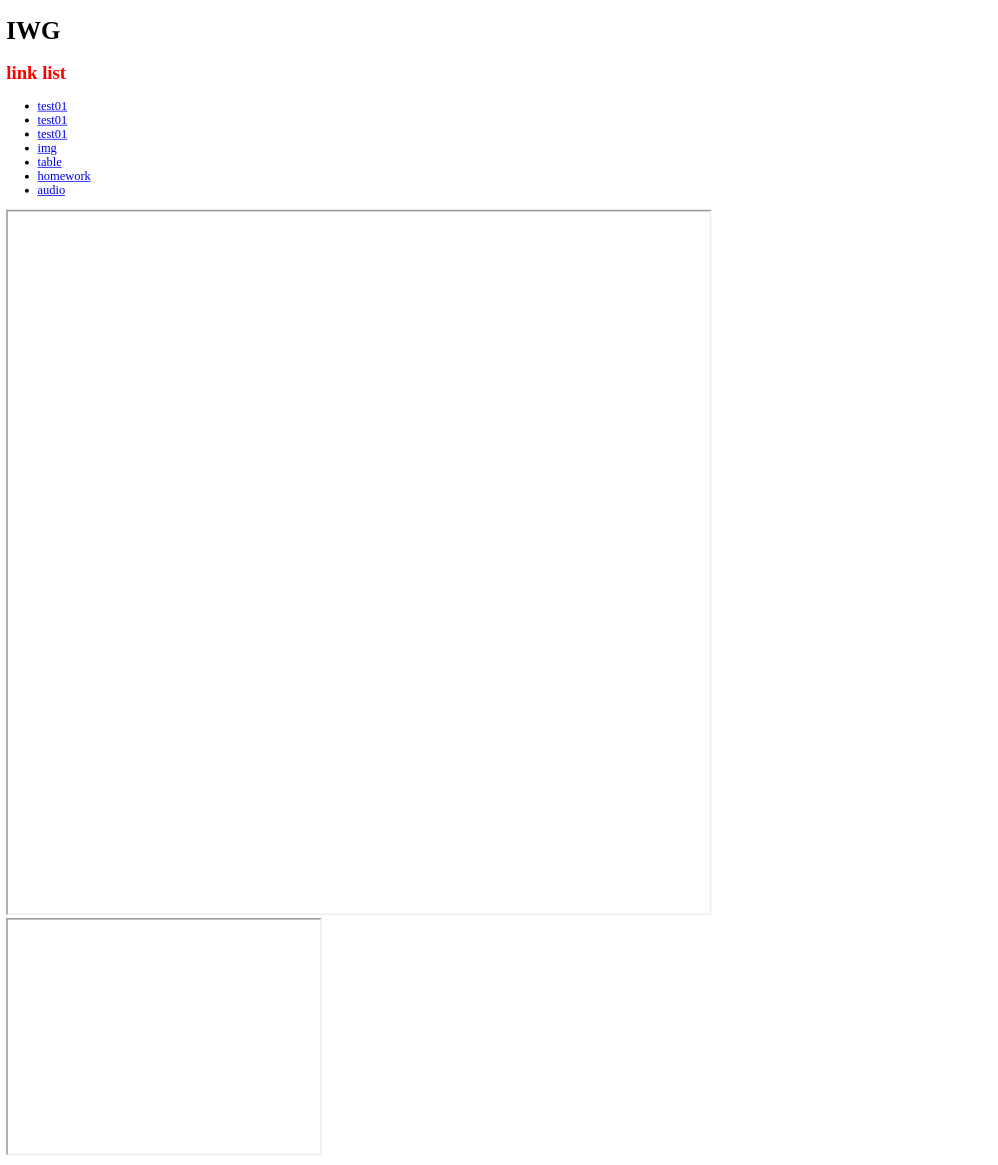
Repository: ssleap/multicampusIoT
Page: workspace190520/edu1/WebContent/index.html
The author's editor kept a copy of each file at every save. The page is drawn from the files as they stood at one save, then again after the next save.
The browser window is 1280 px wide. The pictures show the whole page, at 78% of full size.

Above is the page before, as saved 2019-05-22 01:23:47.

### workspace190520/edu1/WebContent/index.html
<!DOCTYPE html>
<html>
<head>
<meta charset="UTF-8">
<title>TITLE</title>
</head>
<body>

	<h1 class = "h">IWG</h1>

	<h2 id = "i" class = "h" title = "link list" style = "color : red">
		link list
	</h2>

	<ul>
	<li><a href = "test01.html">test01</a></li>
	<li><a href = "C:/workspace190520/edu1/WebContent/test01.html">test01</a></li>
	<li><a href = "http://70.12.115.57:9090/edu1/test01.html">test01</a></li>
	<li><a href = "./img.html">img</a></li>
	<li><a href = "./table.html" target = "iframe2">table</a></li>
	<li><a href = "./workshop.html" target = "iframe1">homework</a></li>
	<li><a href = "./audio.html">audio</a></li>
	</ul>

	<iframe name = "iframe1" width = "900"
	height = "900"></iframe>
	<iframe name = "iframe2" width = "400"
	height = "300"></iframe>

</body>
</html>

After the next save:
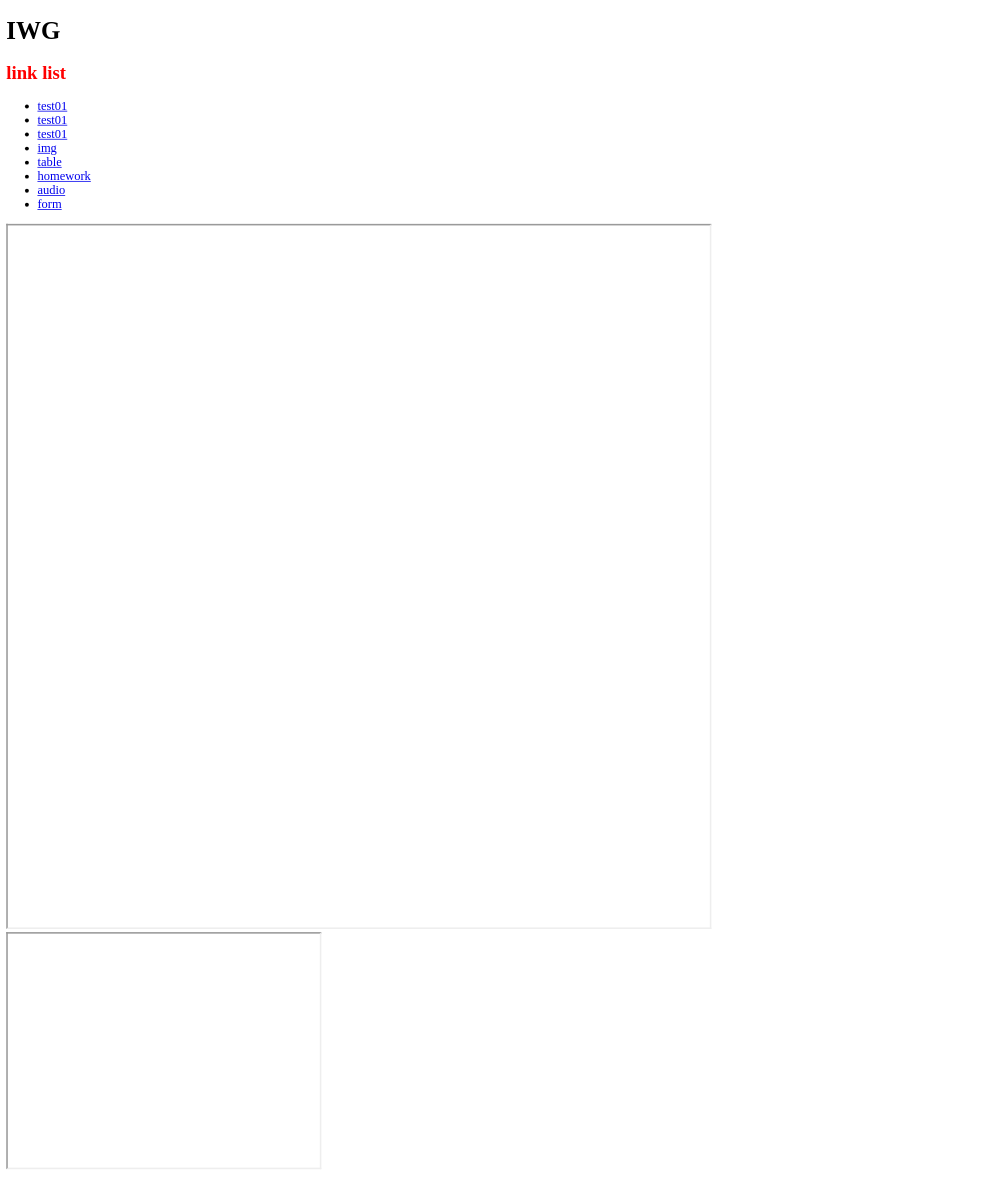
Saved 40 s later.
--- a/workspace190520/edu1/WebContent/index.html
+++ b/workspace190520/edu1/WebContent/index.html
@@ -20,6 +20,7 @@
 	<li><a href = "./table.html" target = "iframe2">table</a></li>
 	<li><a href = "./workshop.html" target = "iframe1">homework</a></li>
 	<li><a href = "./audio.html">audio</a></li>
+	<li><a href = "./form.html">form</a></li>
 	</ul>
 
 	<iframe name = "iframe1" width = "900"
